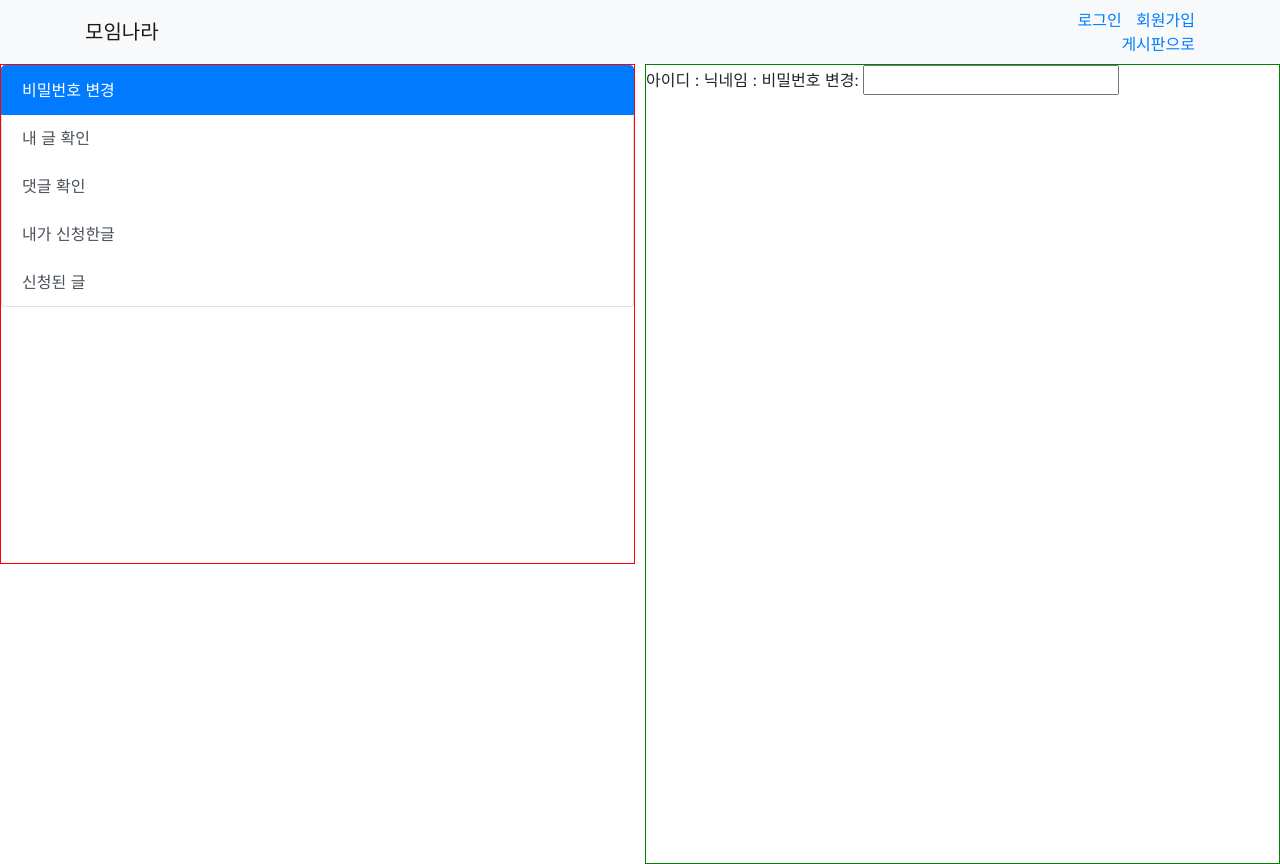
Repository: cmg9707/Devfox-spring-project
Page: http://localhost/DevJUS/WEB-INF/views/JUS/info.jsp
An editor plug-in stored every save of this project. The page is shown before and after the next save, followed by the edit.
The browser window is 1280 px wide. The pictures show the whole page.
Some web libraries are served in a nearby version. The page is served by Tomcat 9. Nobody is signed in. Other server files are loaded and not shown. The template is opened directly, without the code that normally fills it, so the values that code supplies are empty.

Above is the page before, as saved 2023-04-13 23:57:22.

### DevJUS/src/main/webapp/WEB-INF/views/JUS/info.jsp
<%@ page language="java" contentType="text/html; charset=UTF-8"
	pageEncoding="UTF-8"%>
<%@ taglib uri="http://java.sun.com/jsp/jstl/core" prefix="c"%>


<!DOCTYPE html>
<html>
<head>
<script
	src="https://ajax.googleapis.com/ajax/libs/jquery/1.11.0/jquery.min.js"></script>
<meta http-equiv="X-UA-Compatible" content="IE=edge">
<meta name="viewport" content="width=device-width, initial-scale=1">
<link
	href="https://cdn.jsdelivr.net/npm/bootstrap@5.3.0-alpha1/dist/css/bootstrap.min.css"
	rel="stylesheet"
	integrity="sha384-GLhlTQ8iRABdZLl6O3oVMWSktQOp6b7In1Zl3/Jr59b6EGGoI1aFkw7cmDA6j6gD"
	crossorigin="anonymous">
<link rel="stylesheet"
	//href="https://stackpath.bootstrapcdn.com/bootstrap/4.3.1/css/bootstrap.min.css"
	integrity="sha384-ggOyR0iXCbMQv3Xipma34MD+dH/1fQ784/j6cY/iJTQUOhcWr7x9JvoRxT2MZw1T"
	crossorigin="anonymous">
<meta charset="UTF-8">
<title>Insert title here</title>

</head>
<body>
	       <!-- Navigation-->
        <nav class="navbar navbar-light bg-light static-top">
            <div class="container">
                <a class="navbar-brand" href="index">모임나라</a>
                <div style="text-align: right;">
        <c:if test = "${user.user_power == 'x'}"> <!-- user -->
				<a href="user_mu" ><img src="/resources/css/img/user.png" alt="" style="width: 10%;"></a>
				${user.user_name}
				<a href="index" ><img src="/resources/css/img/logout.png" alt="" style="width: 10%;"></a>
		</c:if>
		<c:if test = "${user.user_power == 'o'}"> <!-- admin -->
				<a href="user_mu" >관리자</a>
				<a href="index" ><img src="/resources/css/img/logout.png" alt="" style="width: 10%;"></a>
		</c:if>
		 <c:if test = "${empty user}">
                <div >
				<a href="login" style="margin: 10px;">로그인</a>
                <a href="join">회원가입</a>
             	</div>
        </c:if>
        	<a href="board" >게시판으로</a>
             	</div>
            </div>

        </nav>

<div style="display: flex; justify-content: center;">
  <div style="width:700px; height:500px; border:1px solid red; float:left; margin-right:10px;">
    	<div class="list-group">
  			<button type="button" id="pass"  class="list-group-item list-group-item-action active" aria-current="true">비밀번호 변경</button>
  			<button type="button" id="mytext" class="list-group-item list-group-item-action">내 글 확인</button>
  			<button type="button" id="myre" class="list-group-item list-group-item-action">댓글 확인</button>
  			<button type="button" id="myrequest"  class="list-group-item list-group-item-action">내가 신청한글</button>
  			<button type="button" id="yourequest"  class="list-group-item list-group-item-action">신청된 글</button>

</div>
  </div>
  <div style="width:700px; height:800px; border:1px solid green; float:left;" id="content">
     아이디 : ${user.user_id}
     닉네임 : ${user.user_name}
     비밀번호 변경: <input type="password" value="" id="user_pass">
  </div>
</div>
<script src="https://ajax.googleapis.com/ajax/libs/jquery/3.6.0/jquery.min.js"></script>
	<script>
	$(document).on('click', '#pass', function() {
		var user = '${user.user_id}';
		console.log(user);
		$.ajax({
			url : "infopass",
			Data : {
				user : user
			},
			type : "get",
			success : function(data){
				var html = "";

			}
		})

	})
	</script>
</body>
</html>

After the next save:
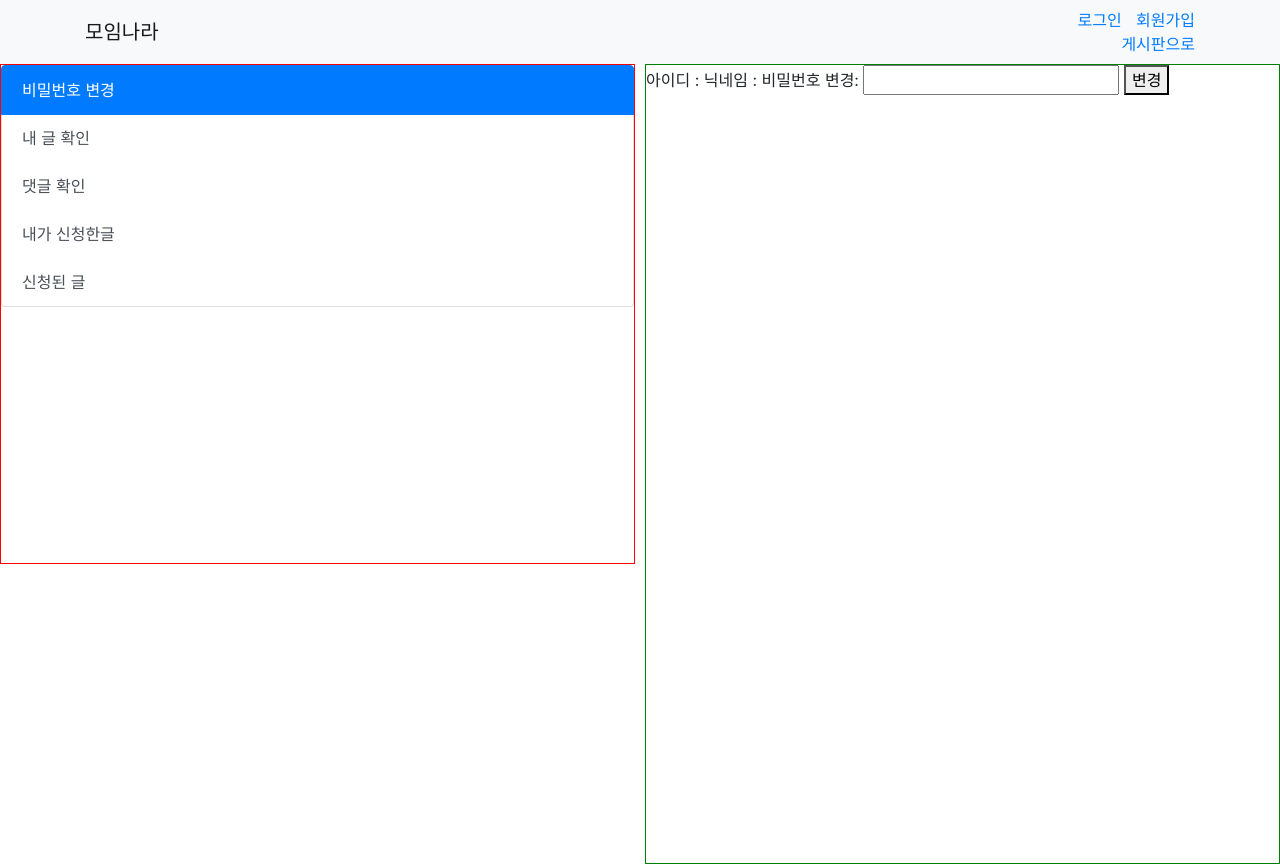
Saved 42 s later.
--- a/DevJUS/src/main/webapp/WEB-INF/views/JUS/info.jsp
+++ b/DevJUS/src/main/webapp/WEB-INF/views/JUS/info.jsp
@@ -65,6 +65,7 @@
      아이디 : ${user.user_id}
      닉네임 : ${user.user_name}
      비밀번호 변경: <input type="password" value="" id="user_pass">
+  <button type="submit">변경</button>
   </div>
 </div>
 <script src="https://ajax.googleapis.com/ajax/libs/jquery/3.6.0/jquery.min.js"></script>
